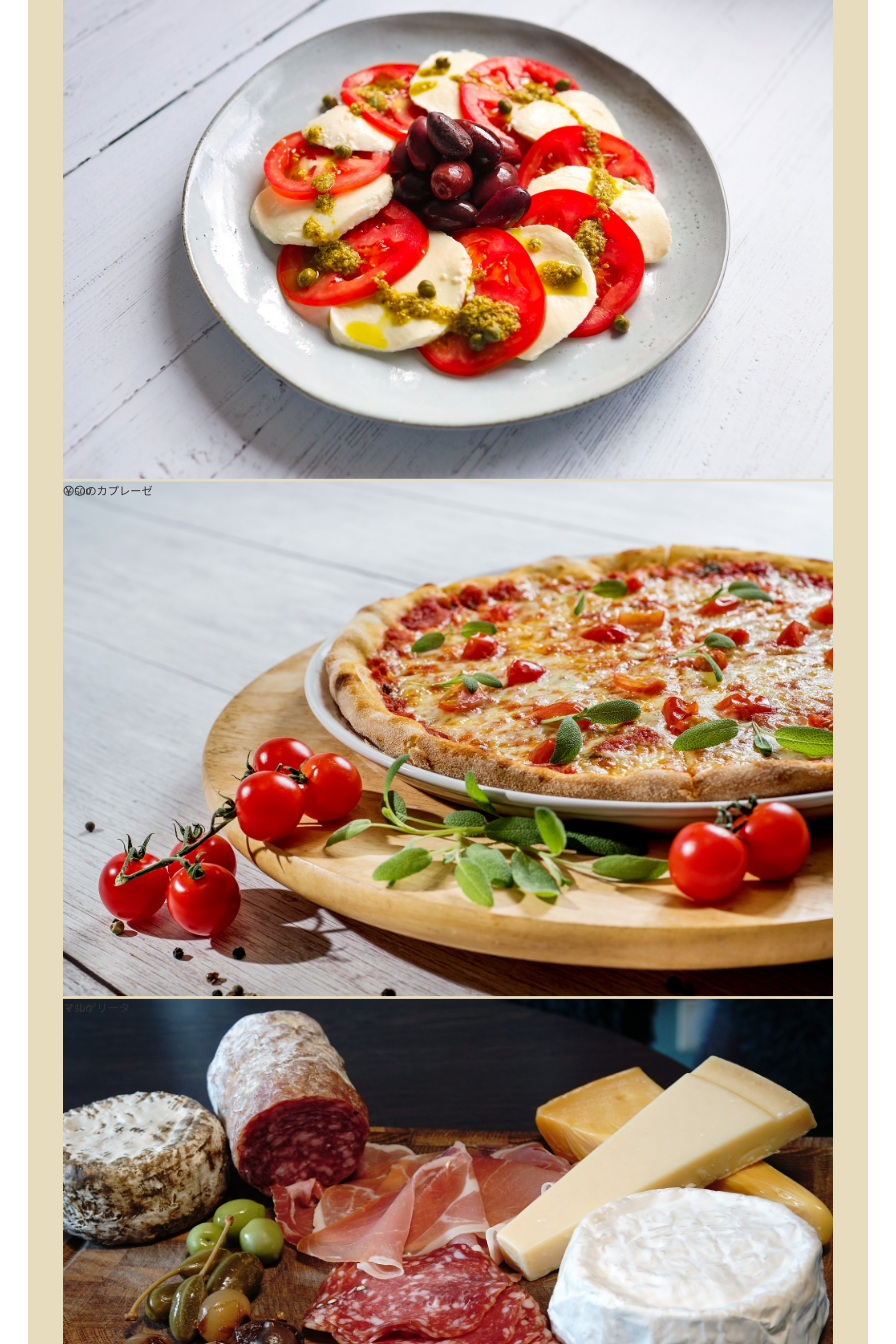
Repository: konatsu-0806/demo-site
Page: FromFigma/index.html
The author's editor kept a copy of each file at every save. The page is drawn from the files as they stood at one save, then again after the next save.
The browser window is 1280 px wide. The pictures show the part of the page from y = 4580 to 6500 px (the page is 7555 px tall before and 7699 px after), at 70% of full size.

Above is the page before, as saved 2023-02-13 17:13:58.

After the next save:
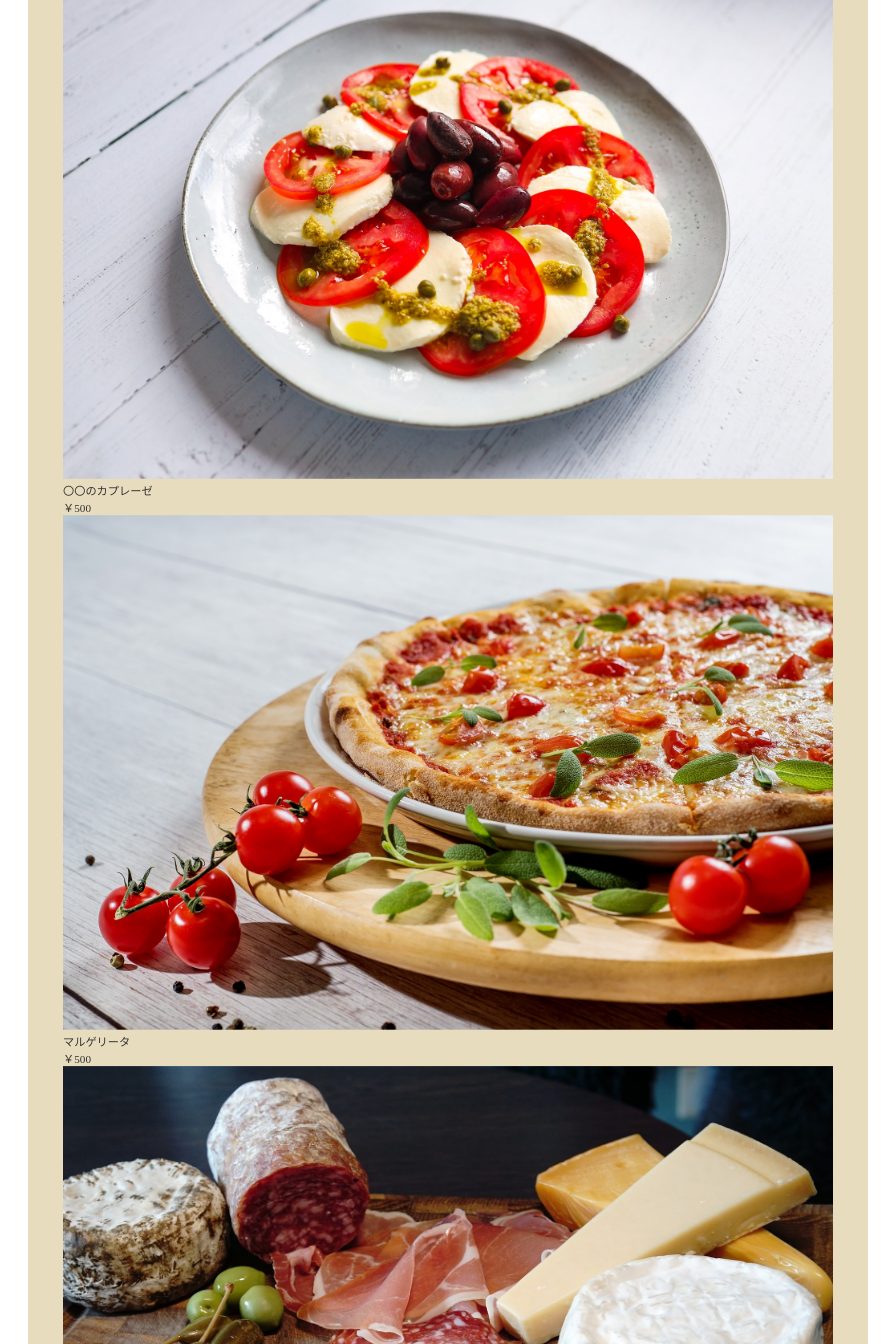
Saved 4 s later.
--- a/FromFigma/css/style.css
+++ b/FromFigma/css/style.css
@@ -393,6 +393,6 @@ img {
 .dish1 {
     position: relative;
 }
-.dishes p {
+.dish1 p {
     position: absolute;
 }
